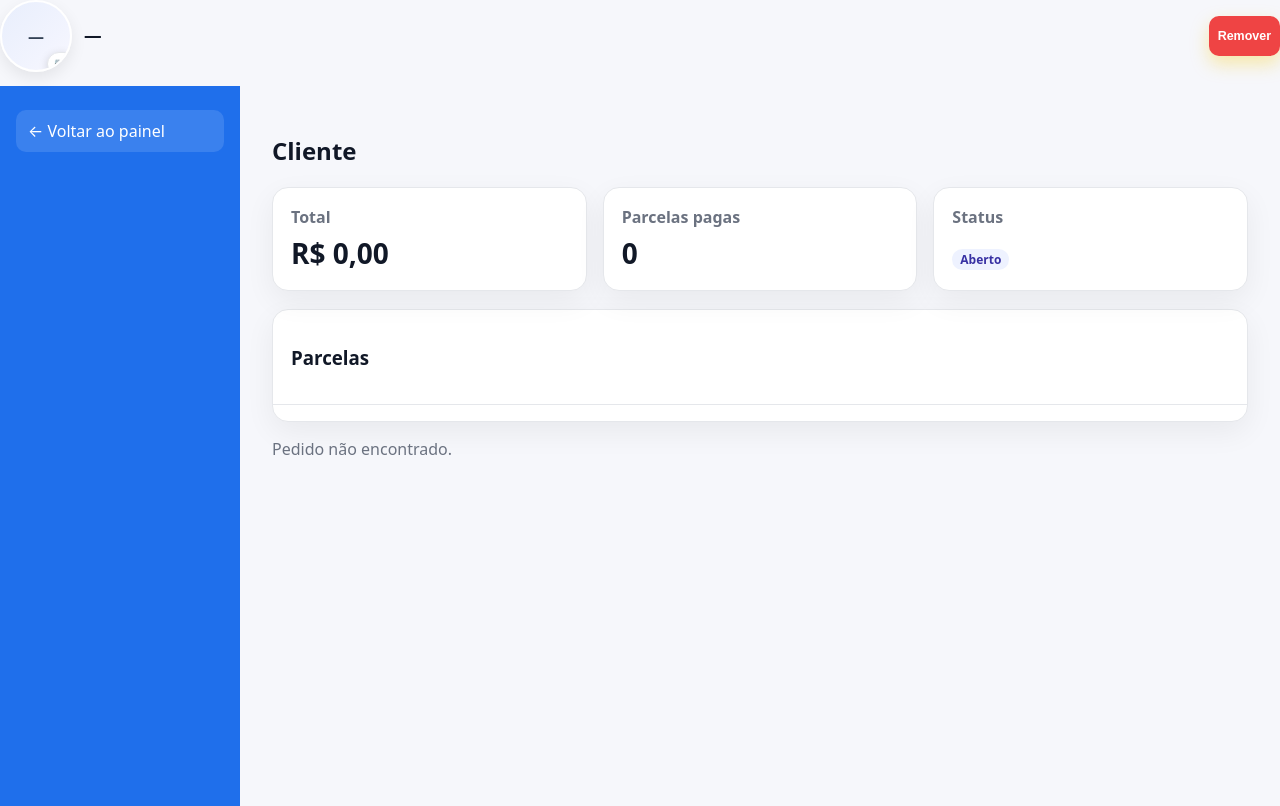
Repository: Rob-son-prog/NegocioSistema
Page: portal.html
The author's editor kept a copy of each file at every save. The page is drawn from the files as they stood at one save, then again after the next save.
The browser window is 1280 px wide. The pictures show the whole page.

Above is the page before, as saved 2025-08-27 09:03:42.

### portal.html
<!doctype html>
<html lang="pt-BR">
<head>
  <meta charset="utf-8" />
  <title>Portal do cliente</title>
  <meta name="viewport" content="width=device-width,initial-scale=1" />
  <link rel="stylesheet" href="style.css?v=5" />

</head>
<body class="dashboard">

  <!-- Capa do cliente -->
<!-- PROFILE BAR (avatar redondo) -->
<div class="profile-bar">
  <div class="avatar" id="avatar">
    <img id="avatarImg" alt="Foto do cliente">
    <span id="avatarInitials">?</span>

    <input type="file" id="avatarInput" accept="image/*" hidden>
    <button class="avatar-btn" id="avatarBtn" type="button" title="Alterar foto">📷</button>
  </div>

  <div class="who">
    <h1 id="clientName">—</h1>
    <div class="muted" id="clientSub"></div>
  </div>

  <div class="avatar-actions">
    <button class="btn sm danger" id="avatarRemove">Remover</button>
  </div>
</div>


  <div class="layout">
    <aside class="sidebar">
      <div class="menu">
        <a href="dashboard.html" class="item">← Voltar ao painel</a>
      </div>
    </aside>

    <main class="content">
      <div class="topbar">
        <h2 id="clienteNome">Cliente</h2>
        <div id="clienteMeta" class="muted"></div>
      </div>

      <section class="cards" style="grid-template-columns:repeat(3,minmax(0,1fr));">
        <div class="card">
          <div class="card-title">Total</div>
          <div class="card-value" id="k-total">R$ 0,00</div>
        </div>
        <div class="card">
          <div class="card-title">Parcelas pagas</div>
          <div class="card-value" id="k-pagas">0</div>
        </div>
        <div class="card">
          <div class="card-title">Status</div>
          <div class="card-value"><span id="k-status" class="pill aberto">Aberto</span></div>
        </div>
      </section>

      <section class="panel">
        <div class="panel-header"><h3>Parcelas</h3></div>
        <div class="panel-body">
          <div id="parcelas" class="parcel-list"></div>
        </div>
      </section>

      <p id="msg" class="muted"></p>
    </main>
  </div>

  <script src="portal.js"></script>
</body>
</html>

### style.css
/* Reset e base */
* { box-sizing: border-box; }
:root{
  --bg:#f6f7fb;
  --card:#ffffff;
  --text:#111827;
  --muted:#6b7280;
  --yellow:#facc15;      /* amarelo principal */
  --yellow-600:#eab308;  /* hover/focus */
  --ring: rgba(250, 204, 21, .45);
  --border:#e5e7eb;
  --shadow: 0 10px 30px rgba(0,0,0,.08), 0 6px 16px rgba(0,0,0,.06);
}

html, body { height: 100%; }
body{
  margin:0;
  font-family: system-ui, -apple-system, Segoe UI, Roboto, Inter, Arial, sans-serif;
  color:var(--text);
  background: radial-gradient(1200px 600px at 50% -10%, #fff 0%, var(--bg) 60%, var(--bg) 100%);
}

/* Cena centralizada e responsiva */
.scene{
  min-height:100svh;
  display:grid;
  place-items:center;
  padding:20px;
}

/* Cartão do login */
.login-card{
  width:100%;
  max-width: 420px;              /* bom no desktop */
  background:var(--card);
  border:1px solid var(--border);
  border-radius:24px;
  box-shadow: var(--shadow);
  padding:28px;
  position:relative;
}

/* “Aba” de título tipo etiqueta */
.login-card h1{
  margin:0 0 18px 0;
  font-size:22px;
  font-weight:700;
  color:#111827;
  position:relative;
  display:inline-block;
  padding:8px 14px;
  border-radius:12px;
  background: linear-gradient(#fff, #fff) padding-box,
              linear-gradient(135deg, var(--yellow), #fff) border-box;
  border:2px solid transparent;
  box-shadow: 0 6px 18px rgba(250,204,21,.25);
}

/* Form */
form{ display:grid; gap:14px; }

/* Grupo de input com ícone */
.input-group{
  position:relative;
  display:flex;
  align-items:center;
}
.input-group .icon{
  position:absolute;
  left:12px;
  top:50%;
  translate:0 -50%;
  font-size:18px;
  opacity:.7;
}
.input-group input{
  width:100%;
  padding:14px 14px 14px 42px;
  border-radius:14px;
  border:1px solid var(--border);
  background:#fff;
  outline:none;
  font-size:16px;
  transition: box-shadow .2s, border-color .2s, transform .05s;
}
.input-group input:focus{
  border-color: var(--yellow-600);
  box-shadow: 0 0 0 6px var(--ring);
}
.input-group input:active{
  transform: translateY(0.5px);
}

/* Linha inferior: lembrar e link */
.row{
  display:flex;
  align-items:center;
  justify-content:space-between;
  gap:12px;
  margin-top:4px;
}
.remember{
  display:flex; align-items:center; gap:8px;
  font-size:14px; color:var(--muted);
}
.link{
  color:#92400e; /* marrom suave p/ combinar com amarelo */
  text-decoration:none;
  font-size:14px;
}
.link:hover{ text-decoration:underline; }

/* Botão */
.btn{
  width:100%;
  padding:14px 16px;
  border:none;
  border-radius:14px;
  font-weight:700;
  font-size:16px;
  background:linear-gradient(180deg, var(--yellow) 0%, var(--yellow-600) 100%);
  color:#111827;
  cursor:pointer;
  box-shadow: 0 8px 18px rgba(250,204,21,.35);
  transition: transform .06s ease, filter .2s ease;
}
.btn:hover{ filter: brightness(1.03); }
.btn:active{ transform: translateY(1px); }

/* Rodapé */
.hint{
  text-align:center;
  margin:6px 0 0;
  color:var(--muted);
  font-size:14px;
}

/* Mensagem de erro/saída */
.out{
  min-height: 20px;
  margin: 4px 0 0;
  color:#b91c1c;
  font-size: 14px;
  text-align:center;
}

/* Responsividade */
@media (max-width: 420px){
  .login-card{ padding:22px; border-radius:20px; }
  .login-card h1{ font-size:20px; }
}
@media (min-width: 960px){
  .login-card{ max-width: 480px; }
}

/* === Botão minimalista quadrado ============================ */
.btn-min {
  --accent: #7c3aed;              /* roxinho do exemplo (troque se quiser) */
  --ring: rgba(124, 58, 237, .18); /* cor do foco/hover */

  display: inline-flex;
  align-items: center;
  justify-content: center;
  gap: .5rem;

  height: 42px;
  padding: 0 16px;

  background: #ffffff;
  color: #111827;
  border: 1px solid #e5e7eb;
  border-radius: 8px;             /* deixe 0px se quiser QUADRADO perfeito */
  font-weight: 600;
  line-height: 1;
  text-decoration: none;
  cursor: pointer;

  box-shadow:
    0 1px 2px rgba(17,24,39,.06),
    0 2px 6px rgba(17,24,39,.04);
  transition:
    transform .15s ease,
    box-shadow .15s ease,
    border-color .15s ease,
    background-color .15s ease,
    color .15s ease;
}

.btn-min:hover {
  transform: translateY(-1px);
  border-color: var(--accent);
  box-shadow:
    0 0 0 4px var(--ring),
    0 8px 22px rgba(17,24,39,.08);
}

.btn-min:active {
  transform: translateY(0);
  box-shadow:
    inset 0 2px 6px rgba(17,24,39,.12),
    0 1px 2px rgba(17,24,39,.06);
}

.btn-min:focus-visible {
  outline: 0;
  box-shadow:
    0 0 0 4px var(--ring),
    0 1px 2px rgba(17,24,39,.06);
}

/* variação “cheia” (opcional) */
.btn-min.solid {
  background: var(--accent);
  color: #fff;
  border-color: transparent;
}
.btn-min.solid:hover {
  box-shadow:
    0 0 0 4px var(--ring),
    0 10px 24px rgba(124,58,237,.25);
}

/* === Dashboard (escopo) === */
/* ===== Dashboard layout ===== */
body.dashboard {
  --bg: #f6f7fb;
  --ink: #111827;
  --muted: #6b7280;
  --line: #e5e7eb;
  --card: #ffffff;
  background: var(--bg);
  color: var(--ink);
  margin: 0;
  font-family: system-ui, -apple-system, Segoe UI, Roboto, Arial, sans-serif;
}

body.dashboard .layout {
  display: grid;
  grid-template-columns: 240px 1fr;
  min-height: 100vh;
}

/* Sidebar */
body.dashboard .sidebar {
  background: #1f6feb; /* azul suave */
  color: #fff;
  padding: 24px 16px;
  display: flex;
  flex-direction: column;
  gap: 16px;
}
body.dashboard .sidebar .brand {
  font-weight: 800;
  letter-spacing: .3px;
  padding: 6px 8px;
}
body.dashboard .sidebar .menu {
  display: grid;
  gap: 6px;
}
body.dashboard .sidebar .menu .item {
  display: flex;
  align-items: center;
  gap: 10px;
  width: 100%;
  padding: 10px 12px;
  border: 0;
  border-radius: 10px;
  background: rgba(255,255,255,.12);
  color: #fff;
  text-decoration: none;
  cursor: pointer;
}
body.dashboard .sidebar .menu .item:hover {
  background: rgba(255,255,255,.18);
}
body.dashboard .sidebar .menu .item.danger {
  background: rgba(239,68,68,.17);
}
body.dashboard .sidebar .menu .item.danger:hover {
  background: rgba(239,68,68,.26);
}

/* Conteúdo */
body.dashboard .content { padding: 28px 32px; }
body.dashboard .topbar { margin-bottom: 18px; }
body.dashboard .muted { color: var(--muted); }

/* Cards */
body.dashboard .cards {
  display: grid;
  grid-template-columns: repeat(3, minmax(0, 1fr));
  gap: 16px;
  margin-bottom: 18px;
}
body.dashboard .card {
  background: var(--card);
  border: 1px solid var(--line);
  border-radius: 16px;
  padding: 18px;
  box-shadow: 0 10px 30px rgba(0,0,0,.06);
}
body.dashboard .card-title {
  font-weight: 600; color: var(--muted); margin-bottom: 6px;
}
body.dashboard .card-value {
  font-size: 28px; font-weight: 800;
}

/* Painel (tabela/área principal) */
body.dashboard .panel {
  background: var(--card);
  border: 1px solid var(--line);
  border-radius: 16px;
  box-shadow: 0 10px 30px rgba(0,0,0,.06);
}
body.dashboard .panel-header {
  padding: 16px 18px; border-bottom: 1px solid var(--line);
}
body.dashboard .panel-body {
  padding: 16px 18px;
}
body.dashboard pre {
  background: #f9fafb; border: 1px solid var(--line);
  border-radius: 12px; padding: 12px; overflow: auto;
}

/* Responsivo */
@media (max-width: 980px) {
  body.dashboard .layout { grid-template-columns: 80px 1fr; }
  body.dashboard .sidebar .brand { display: none; }
}
@media (max-width: 760px) {
  body.dashboard .cards { grid-template-columns: 1fr; }
}

/* ---- Pedidos recentes (carrossel) ---- */
.orders-row {
  display: flex;
  gap: 12px;
  overflow-x: auto;
  padding: 8px;
  scroll-snap-type: x mandatory;
  border: 1px solid var(--line);
  border-radius: 12px;
  background: #f9fafb;
  min-height: 110px;
}
.orders-row.empty {
  justify-content: center;
  align-items: center;
  color: var(--muted);
  font-size: 14px;
}

.orders-row::-webkit-scrollbar { height: 8px; }
.orders-row::-webkit-scrollbar-thumb {
  background: #cfd4dc;
  border-radius: 999px;
}

/* Card horizontal */
.order-card {
  min-width: 260px;
  background: #fff;
  border: 1px solid var(--line);
  border-radius: 12px;
  padding: 12px;
  box-shadow: 0 6px 20px rgba(0,0,0,.06);
  scroll-snap-align: start;
}
.order-head {
  display: flex;
  justify-content: space-between;
  align-items: center;
  font-weight: 600;
}
.badge {
  padding: 2px 8px;
  border-radius: 999px;
  font-size: 12px;
  background: #eef2ff;
  color: #3730a3;
}
.badge.venda   { background: #ecfeff; color: #0e7490; }
.badge.negocio { background: #eef2ff; color: #3730a3; }

.order-valor {
  margin-top: 8px;
  font-size: 18px;
  font-weight: 700;
}
.order-meta {
  margin-top: 4px;
  font-size: 12px;
  color: var(--muted);
  display: flex;
  gap: 8px;
  flex-wrap: wrap;
}

/* Tokens + reset */
:root{
  --bg:#f6f7fb; --ink:#111827; --muted:#6b7280;
  --card:#fff;  --line:#e5e7eb; --accent:#111827; --danger:#ef4444;
}
*{box-sizing:border-box}
body{margin:0;background:var(--bg);color:var(--ink);
     font-family:system-ui,-apple-system,Segoe UI,Roboto,Arial,sans-serif}

/* Layout base (sidebar + conteúdo) */
.layout{display:grid;grid-template-columns:260px 1fr;min-height:100vh}
.sidebar{background:#1e64f0;color:#fff;padding:16px}
.sidebar .menu a{
  display:block;text-decoration:none;color:#eaf1ff;
  padding:12px 14px;border-radius:10px;margin-bottom:8px
}
.sidebar .menu a:hover{background:rgba(255,255,255,.12)}
.sidebar .menu a.active{background:rgba(255,255,255,.18)}
.sidebar .menu a.danger{background:rgba(239,68,68,.15)}
.content{padding:24px}

/* Cards, painel, área principal */
.card{
  background:var(--card);border:1px solid var(--line);border-radius:18px;
  box-shadow:0 10px 30px rgba(0,0,0,.06);padding:24px
}
.panel{background:var(--card);border:1px solid var(--line);border-radius:18px}
.panel-header{padding:16px 20px;border-bottom:1px solid var(--line)}
.panel-body{padding:16px 20px}

/* Formulário */
.form-grid{display:grid;grid-template-columns:repeat(12,1fr);gap:16px}
.form-grid .col-12{grid-column:1 / -1}
.form-grid .col-6{grid-column:span 6}
.form-grid .col-4{grid-column:span 4}
.form-grid .col-3{grid-column:span 3}
.input label{display:block;font-size:.875rem;color:var(--muted);margin-bottom:6px}
.input input,.input select{
  width:100%;height:40px;border:1px solid var(--line);border-radius:10px;
  padding:0 12px;background:#fff
}
.input input:focus,.input select:focus{outline:2px solid #cfe1ff;border-color:#84a0ff}

/* Botões (unificado) */
.btn{
  display:inline-flex;align-items:center;justify-content:center;
  height:40px;padding:0 16px;border-radius:10px;border:1px solid var(--line);
  background:#fff;color:var(--ink);cursor:pointer;transition:.15s
}
.btn:hover{box-shadow:0 4px 18px rgba(0,0,0,.08)}
.btn.primary{background:var(--accent);color:#fff;border-color:transparent}
.btn.primary:hover{box-shadow:0 10px 24px rgba(17,24,39,.25)}
.btn.danger{background:var(--danger);color:#fff;border-color:transparent}
.row-btns{display:flex;gap:16px;margin-top:8px}

/* “Pedidos recentes” (cards horizontais) */

/* lista vertical */
.orders-row { display:flex; flex-direction:column; gap:12px; }
.order-card { display:flex; align-items:center; justify-content:space-between;
  padding:12px 16px; background:var(--card); border:1px solid var(--line);
  border-radius:12px; box-shadow:0 2px 8px rgba(0,0,0,.05);
}
.order-main{ display:flex; flex-direction:column; gap:4px; }
.order-name{ font-weight:600; }
.order-sub{ font-size:12px; color:var(--muted); }
.order-valor{ font-weight:700; }
.order-actions{ display:flex; gap:8px; }

.badge.status{ padding:2px 8px; border-radius:9999px; font-size:12px; border:1px solid rgba(0,0,0,.06); }
.badge.status.aberto   { background:#eef2ff; color:#3730a3; }
.badge.status.pago     { background:#ecfdf5; color:#065f46; }
.badge.status.atrasado { background:#fef2f2; color:#991b1b; }

.btn.tiny{ padding:6px 10px; font-size:12px; border-radius:8px; cursor:pointer; }

/* --- Orders list vertical --- */
.orders-row{display:flex;flex-direction:column;gap:12px}
.order-card{
  display:flex;gap:16px;align-items:center;justify-content:space-between;
  padding:12px 16px;background:#fff;border:1px solid var(--line);
  border-radius:12px; box-shadow:0 8px 24px rgba(0,0,0,.06);
}
.order-left{flex:1}
.order-name{font-weight:600}
.order-meta{display:flex;align-items:center;gap:10px;margin-top:4px;color:var(--muted);font-size:.875rem}
.order-valor{font-weight:700}
.order-actions{display:flex;gap:8px}
.btn.sm{padding:6px 10px;font-size:.875rem}

.badge{padding:2px 8px;border-radius:999px;font-size:.75rem}
.badge.negocio{background:#ecfeff;color:#155e75}
.badge.venda{background:#fef3c7;color:#92400e}
.pill{background:#f1f5f9;color:#0f172a;padding:2px 8px;border-radius:999px;font-size:.75rem}
.pill.aberto{background:#eef2ff;color:#3730a3}
.pill.pago{background:#dcfce7;color:#166534}
.pill.atrasado{background:#fee2e2;color:#991b1b}

/* --- modo compacto para os pedidos recentes --- */
.orders-row{ gap: 8px; }

.order-card{
  padding: 8px 12px;          /* menos respiro */
  border-radius: 10px;
  box-shadow: 0 6px 16px rgba(0,0,0,.05);
  min-height: 48px;           /* ~altura de um “polegar” */
}

.order-left{
  display: flex;              /* nome e meta na mesma linha */
  align-items: center;
  gap: 10px;
}

.order-name{
  font-size: .95rem;
  margin: 0;                  /* tira espaço vertical */
}

.order-meta{
  margin: 0;                  /* tira espaço vertical */
  gap: 6px;
  font-size: .78rem;
  color: var(--muted);
}

.order-valor{
  font-weight: 700;
  font-size: .95rem;
}

.order-actions{ gap: 6px; }

.btn.sm{
  padding: 4px 8px;
  font-size: .78rem;
}

/* chips menores */
.badge, .pill{
  padding: 1px 6px;
  font-size: .72rem;
}

/* ==== Pedidos: lista compacta (um por linha) ==== */
.orders-row{
  display: flex !important;
  flex-direction: column !important;
  gap: 10px !important;
  padding: 8px !important;
}

/* Cartão bem fininho */
.orders-row .order-card{
  display: grid !important;
  grid-template-columns: 1fr auto auto !important; /* nome/meta | valor | ações */
  align-items: center !important;
  padding: 8px 12px !important;
  min-height: 44px !important;   /* ~ um polegar */
  height: auto !important;
  border-radius: 10px;
  box-shadow: 0 4px 14px rgba(0,0,0,.05);
}

/* Zera margens internas que esticam o cartão */
.orders-row .order-card > *{ margin: 0 !important; }
.orders-row .order-left{ display: flex; align-items: center; gap: 10px; }
.orders-row .order-name{ margin: 0 !important; font-size: .95rem; }
.orders-row .order-meta{ margin: 0 !important; gap: 6px; font-size: .78rem; color: var(--muted); }
.orders-row .order-valor{ margin: 0 !important; font-weight: 700; font-size: .95rem; justify-self: end; }
.orders-row .order-actions{ display: flex; gap: 6px; justify-self: end; }

/* Botões e chips menores */
.orders-row .btn, .orders-row .btn.sm{ padding: 4px 8px !important; font-size: .78rem !important; }
.orders-row .badge, .orders-row .pill{ padding: 1px 6px !important; font-size: .72rem !important; }

/* Se o container do painel tiver muito “respiro”, reduz também: */
.panel-body{ padding: 8px !important; }

/* ===== Portal do cliente – parcelas ===== */
.parcel-list{ display:flex; flex-direction:column; gap:10px; }
.parcel-row{
  display:flex; justify-content:space-between; align-items:center;
  background:#fff; border:1px solid var(--line); border-radius:10px;
  padding:10px 12px; box-shadow:0 4px 14px rgba(0,0,0,.05);
}
.parcel-row .p-title{ font-weight:600; }
.parcel-row .p-meta{ font-size:.85rem; color:var(--muted); }
.parcel-row .actions{ display:flex; gap:8px; }

.pill{ padding:2px 8px; border-radius:999px; font-size:.75rem; }
.pill.aberto{ background:#eef2ff; color:#3730a3; }
.pill.pago{ background:#dcfce7; color:#166534; }
.pill.atrasado{ background:#fee2e2; color:#991b1b; }

/* === MOBILE (até 720px) ================================================ */
@media (max-width: 720px){

  /* Layout: sidebar vai para o topo */
  .layout{
    grid-template-columns: 1fr !important;
  }
  .sidebar{
    padding: 8px 10px !important;
    position: sticky;
    top: 0;
    z-index: 5;
  }
  .sidebar .menu{
    display: grid !important;
    grid-auto-flow: column;
    gap: 8px !important;
    overflow-x: auto;
    padding-bottom: 4px;
  }
  .sidebar .menu a{
    white-space: nowrap;
    padding: 8px 10px !important;
    font-size: .85rem !important;
  }

  /* Conteúdo mais “justo” no mobile */
  .content{ padding: 14px !important; }

  /* KPIs: um por linha */
  .cards{
    grid-template-columns: 1fr !important;
    gap: 10px !important;
    margin-bottom: 12px !important;
  }
  .card{ border-radius: 12px !important; padding: 14px !important; }
  .card-value{ font-size: 22px !important; }

  /* Painel */
  .panel-header{ padding: 12px 14px !important; }
  .panel-body{ padding: 10px !important; }

  /* Pedidos recentes (lista compacta) */
  .orders-row{
    display: flex !important;
    flex-direction: column !important;
    gap: 8px !important;
    padding: 6px !important;
  }
  .orders-row .order-card{
    display: grid !important;
    grid-template-columns: 1fr auto auto !important; /* info | valor | ações */
    align-items: center;
    gap: 8px;
    min-height: 44px !important;
    padding: 8px 10px !important;
    border-radius: 10px !important;
  }
  .orders-row .order-left{ display:flex; align-items:center; gap:8px; }
  .orders-row .order-name{ font-size:.95rem; margin:0; }
  .orders-row .order-meta{ margin:0; gap:6px; font-size:.78rem; }
  .orders-row .order-valor{ font-size:.95rem; font-weight:700; justify-self:end; }
  .orders-row .order-actions{ display:flex; gap:6px; justify-self:end; }
  .orders-row .btn, .orders-row .btn.sm{ padding:4px 8px !important; font-size:.78rem !important; }
  .orders-row .badge, .orders-row .pill{ padding:1px 6px !important; font-size:.72rem !important; }

  /* Portal do cliente – cartões e linhas de parcela mais apertados */
  .kpis, .cards-portal{ display: grid; grid-template-columns: 1fr !important; gap: 10px !important; }
  .parcel-list .row,
  .parcela-row{
    display:flex; flex-wrap:wrap; gap:8px; align-items:center;
    padding: 8px 10px !important;
  }
  .parcel-actions{ margin-left:auto; display:flex; gap:6px; }
  .btn.sm{ padding:6px 10px; font-size:.85rem; }
}

/* === TABLET (721–960px): sidebar reduzida ============================== */
@media (min-width: 721px) and (max-width: 960px){
  .layout{ grid-template-columns: 180px 1fr !important; }
  .content{ padding: 18px 20px !important; }
  .cards{ grid-template-columns: repeat(2,1fr) !important; }
}

/* ===== Capa do cliente (portal) ===== */
/* ===== Avatar redondo no topo ===== */
.profile-bar{
  display:flex; align-items:center; gap:12px;
  margin-bottom:14px;
}
.avatar{
  position:relative;
  width:72px; height:72px;
  border-radius:50%;
  overflow:hidden;
  border:2px solid #fff;
  box-shadow:0 6px 16px rgba(0,0,0,.08);
  background:linear-gradient(135deg,#e8eefc,#f7f7ff);
  display:grid; place-items:center;
}
.avatar img{
  width:100%; height:100%; object-fit:cover; display:none;
}
.avatar span{
  font-weight:800; color:#334155; user-select:none;
}
.avatar-btn{
  position:absolute; right:-6px; bottom:-6px;
  border-radius:999px; border:1px solid var(--line);
  background:#fff; padding:4px 6px; font-size:12px;
  box-shadow:0 2px 8px rgba(0,0,0,.15); cursor:pointer;
}
.avatar-actions{ margin-left:auto; }

.who h1{ margin:0; font-size:1.1rem; }
.who .muted{ margin-top:2px; }

/* Mobile */
@media (max-width:760px){
  .avatar{ width:56px; height:56px; }
  .who h1{ font-size:1rem; }
}

Loaded but not shown: portal.js (207 lines, source omitted)

After the next save:
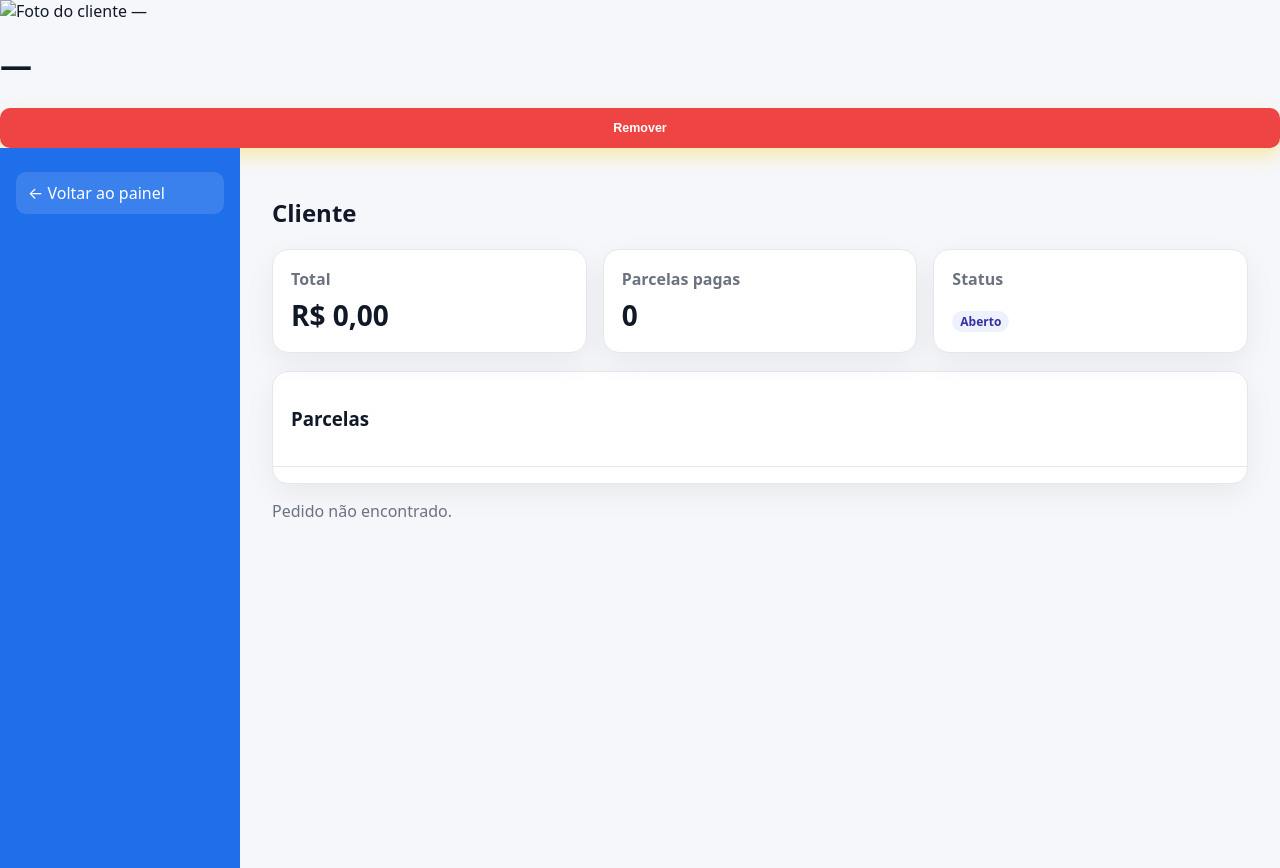
Saved 7 min 52 s later.
--- a/portal.html
+++ b/portal.html
@@ -9,26 +9,23 @@
 </head>
 <body class="dashboard">
 
-  <!-- Capa do cliente -->
-<!-- PROFILE BAR (avatar redondo) -->
-<div class="profile-bar">
-  <div class="avatar" id="avatar">
+
+   <!-- Cabeçalho do cliente com avatar redondo -->
+<div class="client-head">
+  <label class="avatar-upload" title="Alterar foto">
+    <input type="file" id="avatarInput" accept="image/*" hidden>
     <img id="avatarImg" alt="Foto do cliente">
     <span id="avatarInitials">?</span>
+  </label>
 
-    <input type="file" id="avatarInput" accept="image/*" hidden>
-    <button class="avatar-btn" id="avatarBtn" type="button" title="Alterar foto">📷</button>
-  </div>
-
-  <div class="who">
+  <div class="client-titles">
     <h1 id="clientName">—</h1>
     <div class="muted" id="clientSub"></div>
   </div>
 
-  <div class="avatar-actions">
-    <button class="btn sm danger" id="avatarRemove">Remover</button>
-  </div>
+  <button class="btn sm danger" id="avatarRemove" type="button">Remover</button>
 </div>
+
 
 
   <div class="layout">
